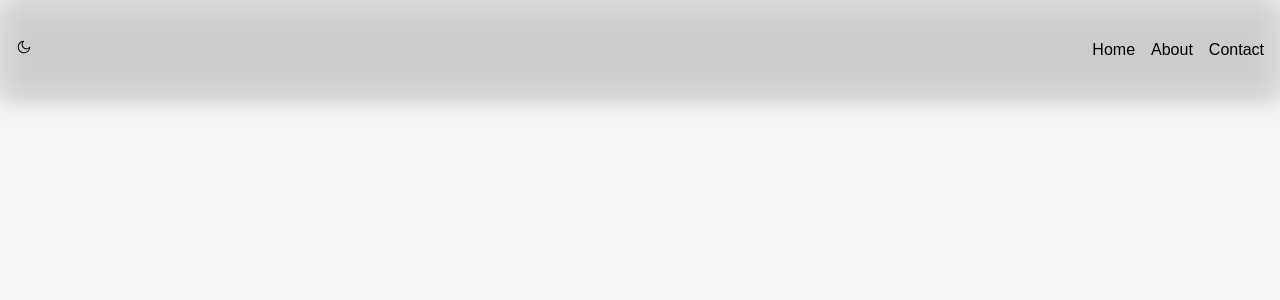
Repository: Iban-del/PortfolioV2
Page: /
These files come from the project's save history. The page is drawn as it stood at one moment and after a run of saves; the edit follows.
The browser window is 1280 px wide. The pictures show the whole page.
The project was rebuilt for these pictures with package versions that can differ from the ones it lists, and the page was loaded fresh each time. Also part of the build but not shown: vite.config.ts.

Above is the page before, as saved 2026-09-16 15:12:45.

After the next 4 saves:
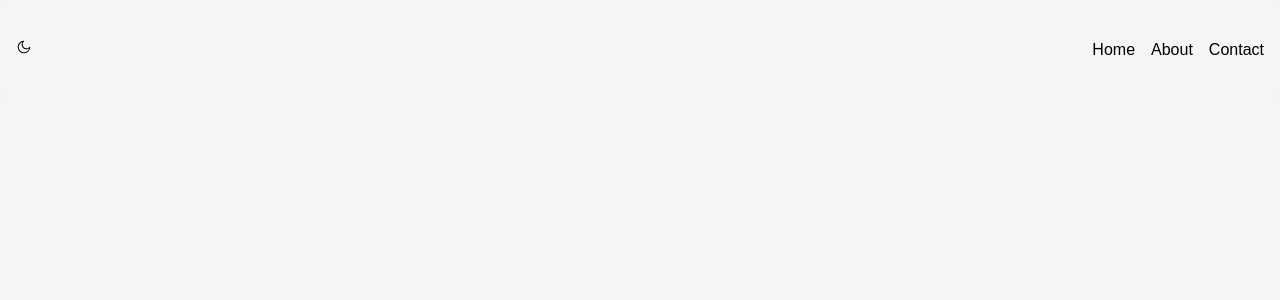
The 4 saves are shown as one change because they came seconds apart.
The last was saved 29 s later.
--- a/src/components/Nav.tsx
+++ b/src/components/Nav.tsx
@@ -69,7 +69,7 @@
     return (
         <>
 
-            <div  ref={background} className="w-screen h-25 fixed blur-md bg-foreground/20 backdrop-blur-sm"></div>
+            <div  ref={background} className="w-screen h-25 fixed blur-gray-400/20 backdrop-blur-sm"></div>
             <nav  ref={nav} className="bg-transparentc fixed w-screen backdrop-blur-sm p-4 h-25 flex items-center justify-between">
                 <div>
                     <ToggleThemeButton />

After the save that followed:
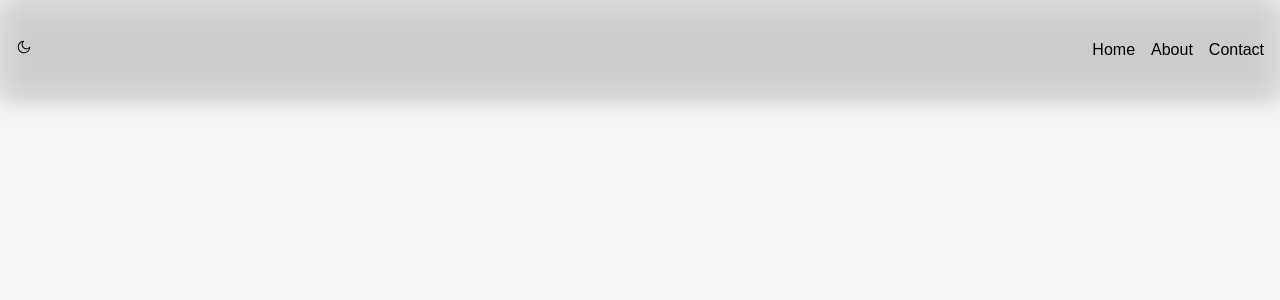
Saved 15 s later.
--- a/src/components/Nav.tsx
+++ b/src/components/Nav.tsx
@@ -69,7 +69,7 @@
     return (
         <>
 
-            <div  ref={background} className="w-screen h-25 fixed blur-gray-400/20 backdrop-blur-sm"></div>
+            <div  ref={background} className="w-screen h-25 fixed blur-md bg-foreground/20 backdrop-blur-sm"></div>
             <nav  ref={nav} className="bg-transparentc fixed w-screen backdrop-blur-sm p-4 h-25 flex items-center justify-between">
                 <div>
                     <ToggleThemeButton />
